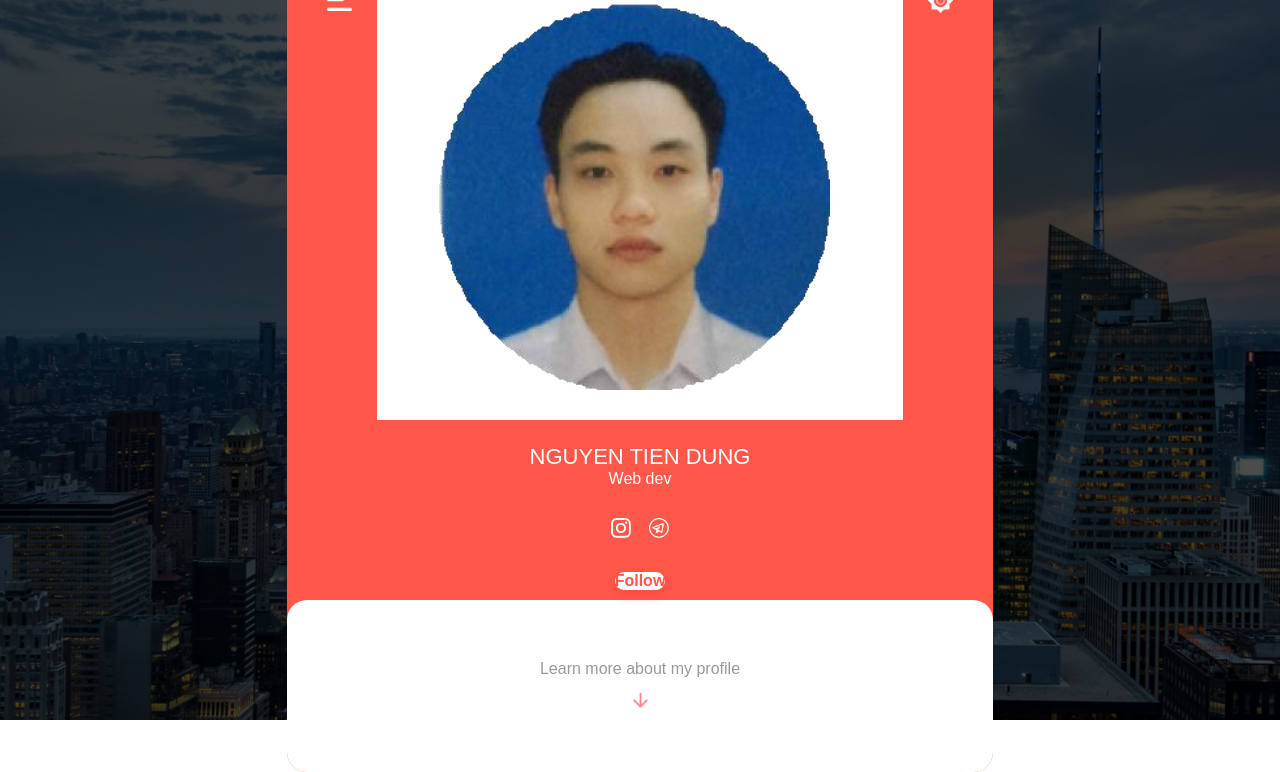
Repository: linhvuong864/profile
Page: Nguyen Tien Dung/index.html
An editor plug-in stored every save of this project. The page is shown before and after the next save, followed by the edit.
The browser window is 1280 px wide. The pictures show the whole page.

Above is the page before, as saved 2023-02-27 23:44:13.

After the next save:
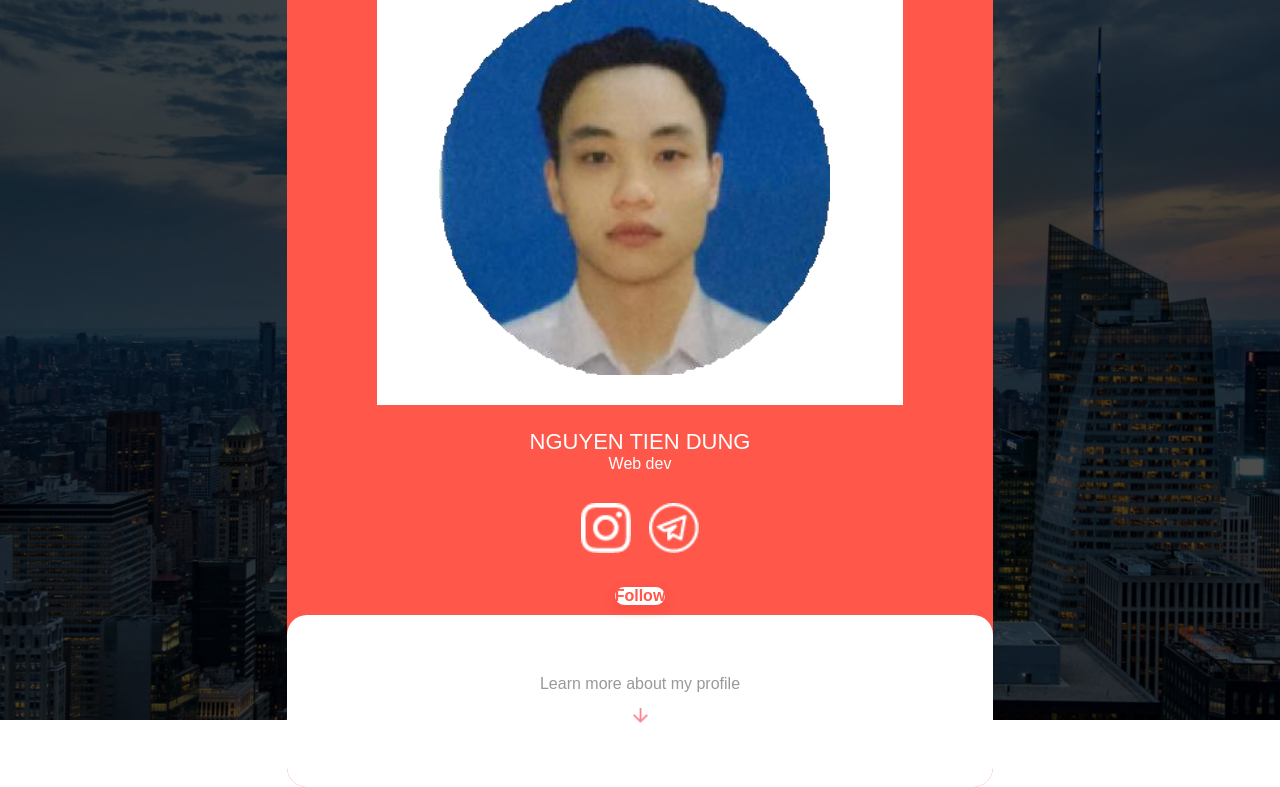
Saved 15 s later.
--- a/Nguyen Tien Dung/style.css
+++ b/Nguyen Tien Dung/style.css
@@ -70,8 +70,8 @@
     font-weight: 500;
 }
 .social-media img{
-    size: 50px;
-    width: 20px;
+    height: 50;
+    width: 50px;
     margin: 30px 7px;
     cursor: pointer;
 }
